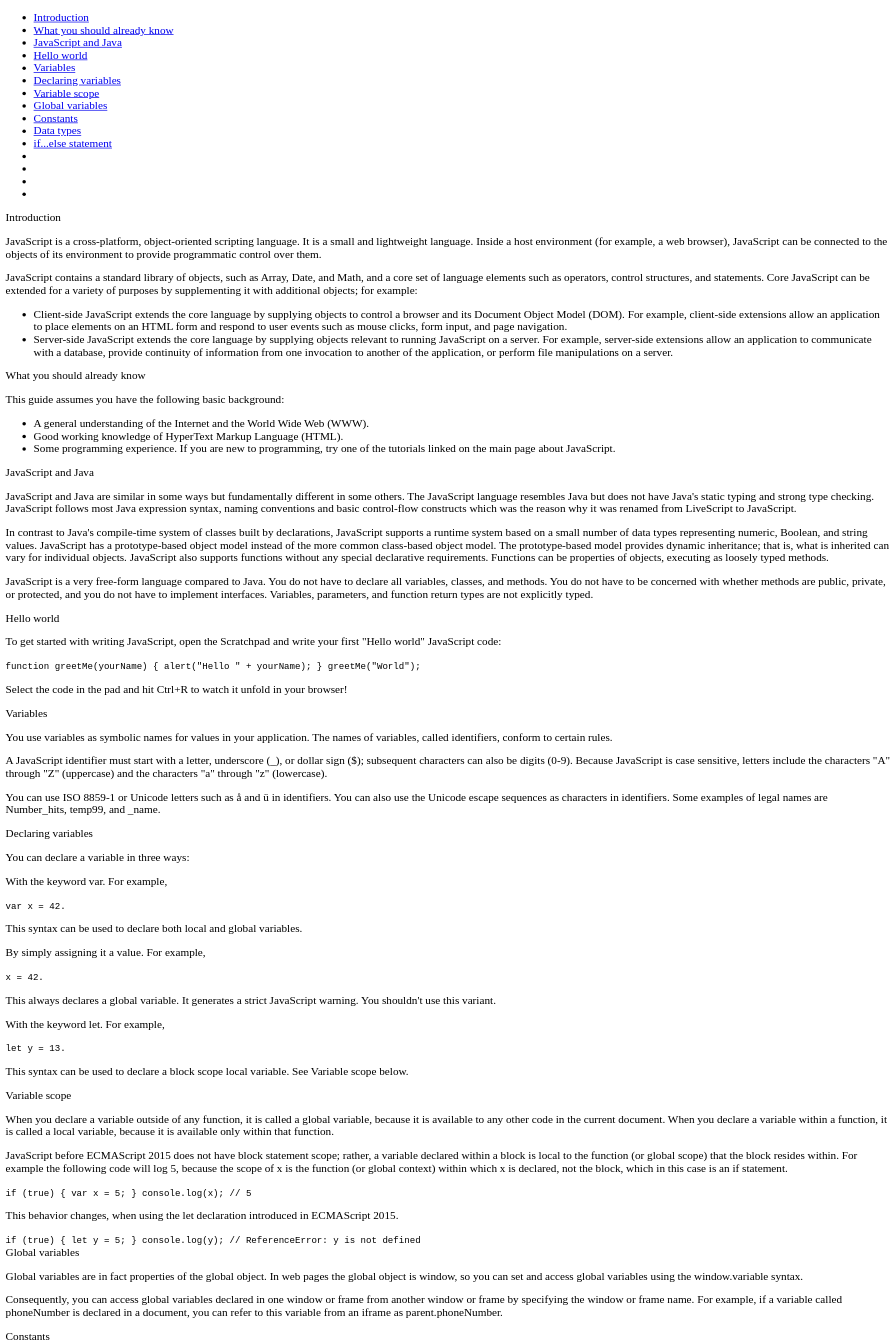
Repository: Lungdjos/technical_document_page_certificate
Page: index.html
The author's editor kept a copy of each file at every save. The page is drawn from the files as they stood at one save, then again after the next save.
The browser window is 1280 px wide. The pictures show the part of the page from y = 0 to 1920 px (the page is 2968 px tall before and 2950 px after), at 70% of full size.

Above is the page before, as saved 2023-11-20 22:47:15.

After the next save:
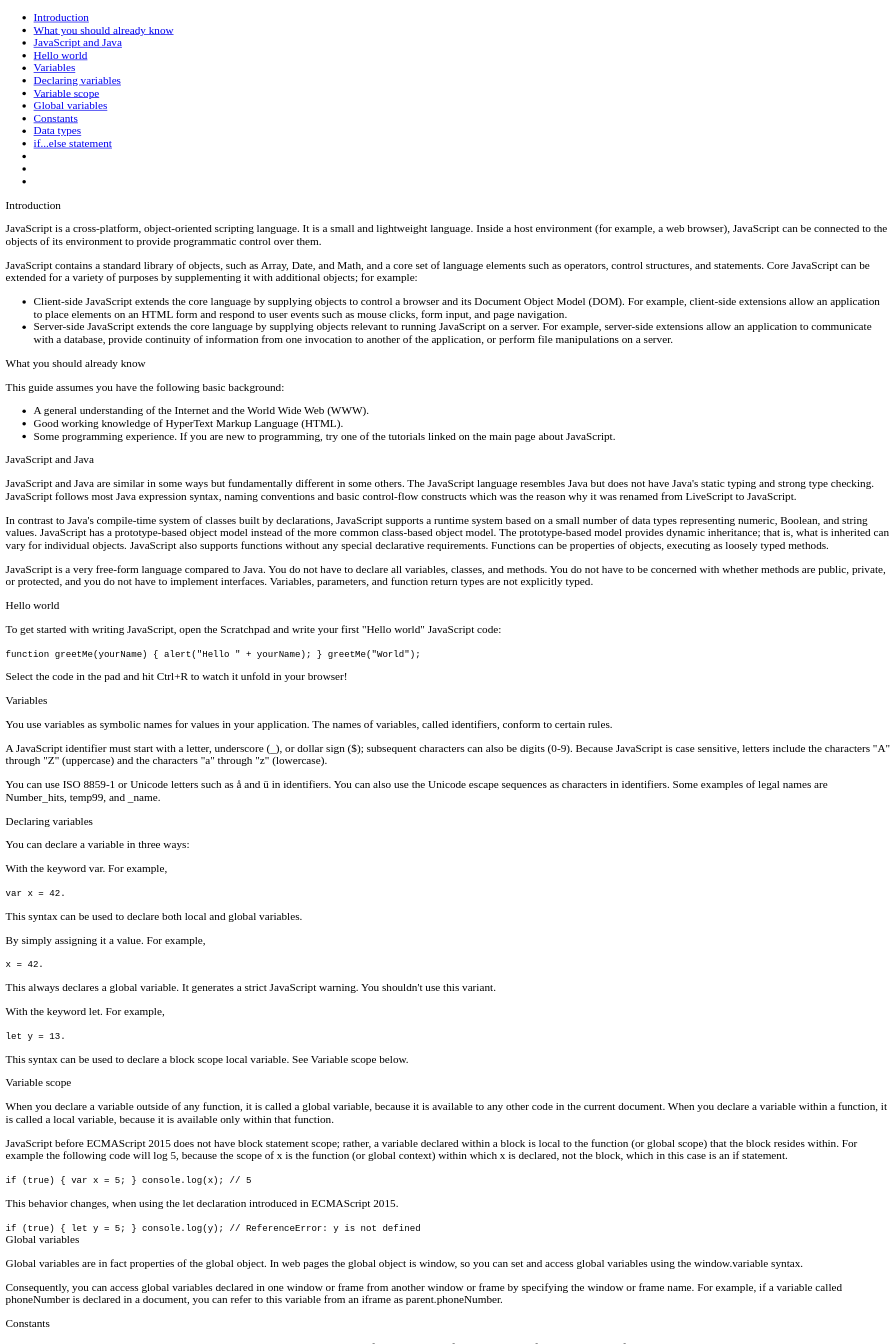
Saved 19 s later.
--- a/index.html
+++ b/index.html
@@ -54,9 +54,7 @@
             <li>
                 <a href="" class="navlink"></a>
             </li>
-            <li>
-                <a href="" class="navlink"></a>
-            </li>
+
         </ul>
     </nav>
     <main id="main-doc">
